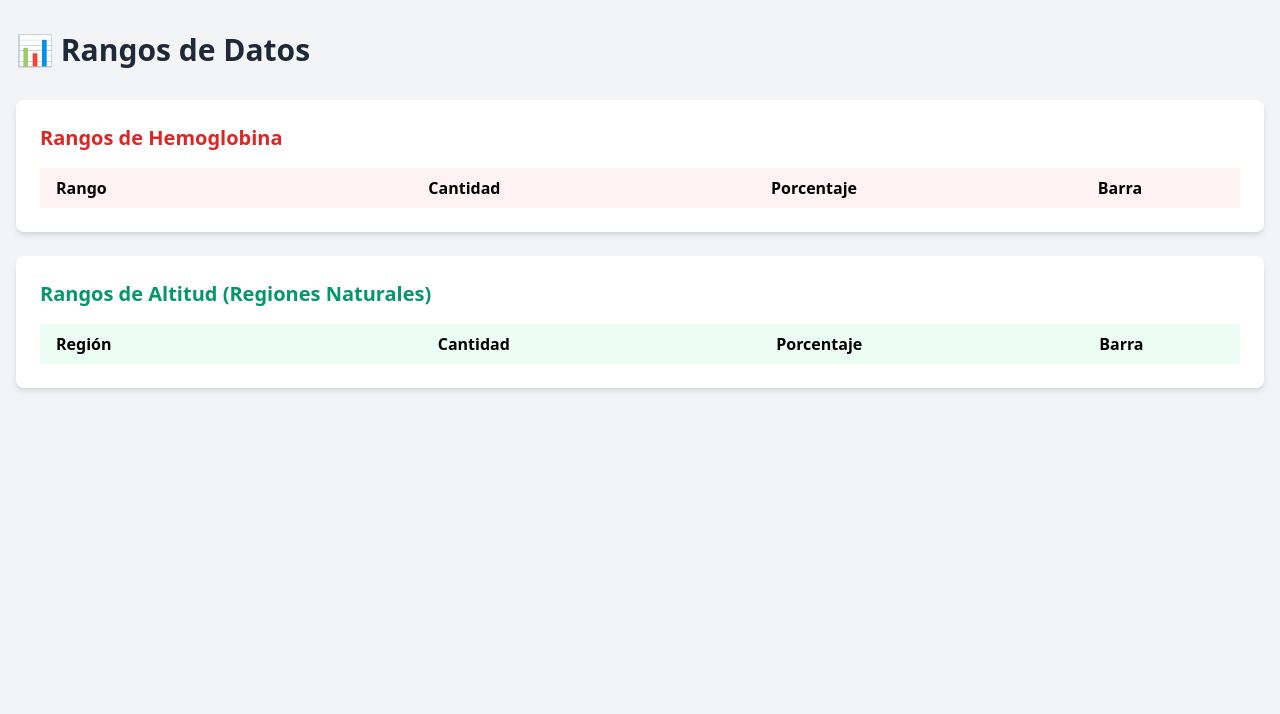
Repository: jayler10/datos_salud_peru
Page: http://localhost/mejorado/views/ranges.php
The author's editor kept a copy of each file at every save. The page is drawn from the files as they stood at one save, then again after the next save.
The browser window is 1280 px wide. The pictures show the whole page.
The page is run by PHP 8.4 with error messages shown; the project is at /var/www/html/. Queries for data that is not in the repository find no rows.

Above is the page before, as saved 2025-05-28 11:46:20.

### mejorado/views/ranges.php
<?php
// ranges.php - Interface para rangos de datos
require_once __DIR__ . '/../controllers/StatsController.php';
require_once __DIR__ . '/../config/database.php';



$statsController = new StatsController($mysqli);
$hemoglobinRanges = $statsController->getHemoglobinRanges();
$altitudeRanges = $statsController->getAltitudeRanges();
?>

<!DOCTYPE html>
<html lang="es">
<head>
    <meta charset="UTF-8">
    <meta name="viewport" content="width=device-width, initial-scale=1.0">
    <title>Rangos de Datos</title>
    <link href="https://cdn.jsdelivr.net/npm/tailwindcss@2.2.19/dist/tailwind.min.css" rel="stylesheet">
</head>
<body class="bg-gray-100">
    <div class="container mx-auto px-4 py-8">
        <h1 class="text-3xl font-bold text-gray-800 mb-8">📊 Rangos de Datos</h1>

        <!-- Rangos de Hemoglobina -->
        <div class="bg-white rounded-lg shadow-md p-6 mb-6">
            <h2 class="text-xl font-semibold mb-4 text-red-600">Rangos de Hemoglobina</h2>
            <div class="overflow-x-auto">
                <table class="min-w-full table-auto">
                    <thead class="bg-red-50">
                        <tr>
                            <th class="px-4 py-2 text-left">Rango</th>
                            <th class="px-4 py-2 text-center">Cantidad</th>
                            <th class="px-4 py-2 text-center">Porcentaje</th>
                            <th class="px-4 py-2 text-center">Barra</th>
                        </tr>
                    </thead>
                    <tbody>
                        <?php while ($row = $hemoglobinRanges->fetch_assoc()): ?>
                        <tr class="border-b hover:bg-gray-50">
                            <td class="px-4 py-2 font-medium"><?= htmlspecialchars($row['rango_hb']) ?></td>
                            <td class="px-4 py-2 text-center"><?= number_format($row['cantidad']) ?></td>
                            <td class="px-4 py-2 text-center">
                                <span class="bg-red-100 text-red-800 px-2 py-1 rounded text-sm">
                                    <?= $row['porcentaje'] ?>%
                                </span>
                            </td>
                            <td class="px-4 py-2">
                                <div class="w-full bg-gray-200 rounded-full h-2">
                                    <div class="bg-red-500 h-2 rounded-full" style="width: <?= $row['porcentaje'] ?>%"></div>
                                </div>
                            </td>
                        </tr>
                        <?php endwhile; ?>
                    </tbody>
                </table>
            </div>
        </div>

        <!-- Rangos de Altitud -->
        <div class="bg-white rounded-lg shadow-md p-6">
            <h2 class="text-xl font-semibold mb-4 text-green-600">Rangos de Altitud (Regiones Naturales)</h2>
            <div class="overflow-x-auto">
                <table class="min-w-full table-auto">
                    <thead class="bg-green-50">
                        <tr>
                            <th class="px-4 py-2 text-left">Región</th>
                            <th class="px-4 py-2 text-center">Cantidad</th>
                            <th class="px-4 py-2 text-center">Porcentaje</th>
                            <th class="px-4 py-2 text-center">Barra</th>
                        </tr>
                    </thead>
                    <tbody>
                        <?php while ($row = $altitudeRanges->fetch_assoc()): ?>
                        <tr class="border-b hover:bg-gray-50">
                            <td class="px-4 py-2 font-medium"><?= htmlspecialchars($row['rango_altura']) ?></td>
                            <td class="px-4 py-2 text-center"><?= number_format($row['cantidad']) ?></td>
                            <td class="px-4 py-2 text-center">
                                <span class="bg-green-100 text-green-800 px-2 py-1 rounded text-sm">
                                    <?= $row['porcentaje'] ?>%
                                </span>
                            </td>
                            <td class="px-4 py-2">
                                <div class="w-full bg-gray-200 rounded-full h-2">
                                    <div class="bg-green-500 h-2 rounded-full" style="width: <?= $row['porcentaje'] ?>%"></div>
                                </div>
                            </td>
                        </tr>
                        <?php endwhile; ?>
                    </tbody>
                </table>
            </div>
        </div>
    </div>
</body>
</html>

### mejorado/controllers/StatsController.php
<?php
// controllers/StatsController.php - Controlador principal para estadísticas

class StatsController {
    private $mysqli;

    public function __construct($mysqli) {
        $this->mysqli = $mysqli;
    }

    /**
     * Obtener total de registros
     */
    public function getTotalRecords() {
        $result = $this->mysqli->query("SELECT COUNT(*) as total FROM datos_salud");
        return $result->fetch_assoc()['total'];
    }

    /**
     * Estadísticas por sexo
     */
    public function getGenderStats() {
        $query = "
            SELECT
                sexo,
                COUNT(*) as cantidad,
                ROUND(COUNT(*) * 100.0 / (SELECT COUNT(*) FROM datos_salud), 2) as porcentaje
            FROM datos_salud
            GROUP BY sexo
            ORDER BY cantidad DESC
        ";
        return $this->mysqli->query($query);
    }

    /**
     * Estadísticas por departamento
     */
    public function getDepartmentStats() {
        $query = "
            SELECT
                departamento,
                COUNT(*) as cantidad,
                ROUND(COUNT(*) * 100.0 / (SELECT COUNT(*) FROM datos_salud), 2) as porcentaje
            FROM datos_salud
            GROUP BY departamento
            ORDER BY cantidad DESC
        ";
        return $this->mysqli->query($query);
    }

    /**
     * Top provincias
     */
    public function getTopProvinces($limit = 10) {
        $query = "
            SELECT
                provincia,
                COUNT(*) as cantidad,
                ROUND(COUNT(*) * 100.0 / (SELECT COUNT(*) FROM datos_salud), 2) as porcentaje
            FROM datos_salud
            GROUP BY provincia
            ORDER BY cantidad DESC
            LIMIT ?
        ";
        $stmt = $this->mysqli->prepare($query);
        $stmt->bind_param('i', $limit);
        $stmt->execute();
        return $stmt->get_result();
    }

    /**
     * Top distritos
     */
    public function getTopDistricts($limit = 15) {
        $query = "
            SELECT
                distrito,
                COUNT(*) as cantidad,
                ROUND(COUNT(*) * 100.0 / (SELECT COUNT(*) FROM datos_salud), 2) as porcentaje
            FROM datos_salud
            WHERE distrito != '' AND distrito IS NOT NULL
            GROUP BY distrito
            ORDER BY cantidad DESC
            LIMIT ?
        ";
        $stmt = $this->mysqli->prepare($query);
        $stmt->bind_param('i', $limit);
        $stmt->execute();
        return $stmt->get_result();
    }

    /**
     * Estadísticas de anemia
     */
    public function getAnemiaStats() {
        $query = "
            SELECT
                dx_anemia,
                COUNT(*) as cantidad,
                ROUND(COUNT(*) * 100.0 / (SELECT COUNT(*) FROM datos_salud), 2) as porcentaje
            FROM datos_salud
            WHERE dx_anemia != '' AND dx_anemia IS NOT NULL
            GROUP BY dx_anemia
            ORDER BY cantidad DESC
        ";
        return $this->mysqli->query($query);
    }

    /**
     * Estadísticas de hemoglobina
     */
    public function getHemoglobinStats() {
        $query = "
            SELECT
                MIN(hemoglobina) as hb_min,
                MAX(hemoglobina) as hb_max,
                AVG(hemoglobina) as hb_promedio,
                VARIANCE(hemoglobina) as hb_varianza,
                STDDEV(hemoglobina) as hb_desviacion_tipica,
                COUNT(hemoglobina) as total_con_hb
            FROM datos_salud
            WHERE hemoglobina IS NOT NULL AND hemoglobina > 0
        ";
        return $this->mysqli->query($query)->fetch_assoc();
    }

    /**
     * Estadísticas de altura
     */
    public function getAltitudeStats() {
        $query = "
            SELECT
                MIN(altura_msnm) as alt_min,
                MAX(altura_msnm) as alt_max,
                AVG(altura_msnm) as alt_promedio,
                VARIANCE(altura_msnm) as alt_varianza,
                STDDEV(altura_msnm) as alt_desviacion_tipica,
                COUNT(altura_msnm) as total_con_altura
            FROM datos_salud
            WHERE altura_msnm IS NOT NULL AND altura_msnm > 0
        ";
        return $this->mysqli->query($query)->fetch_assoc();
    }

    /**
     * Estadísticas de edad
     */
    public function getAgeStats() {
        $query = "
            SELECT
                MIN(TIMESTAMPDIFF(YEAR, fecha_nacimiento, CURDATE())) as edad_min,
                MAX(TIMESTAMPDIFF(YEAR, fecha_nacimiento, CURDATE())) as edad_max,
                AVG(TIMESTAMPDIFF(YEAR, fecha_nacimiento, CURDATE())) as edad_promedio,
                VARIANCE(TIMESTAMPDIFF(YEAR, fecha_nacimiento, CURDATE())) as edad_varianza,
                STDDEV(TIMESTAMPDIFF(YEAR, fecha_nacimiento, CURDATE())) as edad_desviacion_tipica,
                COUNT(*) as total_con_fecha
            FROM datos_salud
            WHERE fecha_nacimiento IS NOT NULL
        ";
        return $this->mysqli->query($query)->fetch_assoc();
    }

    /**
     * Rangos de hemoglobina
     */
    public function getHemoglobinRanges() {
        $query = "
            SELECT
                CASE
                    WHEN hemoglobina < 7 THEN 'Muy Baja (< 7.0)'
                    WHEN hemoglobina >= 7 AND hemoglobina < 10 THEN 'Baja (7.0 - 9.9)'
                    WHEN hemoglobina >= 10 AND hemoglobina < 12 THEN 'Normal Baja (10.0 - 11.9)'
                    WHEN hemoglobina >= 12 AND hemoglobina < 15 THEN 'Normal (12.0 - 14.9)'
                    WHEN hemoglobina >= 15 THEN 'Alta (≥ 15.0)'
                    ELSE 'No Clasificado'
                END as rango_hb,
                COUNT(*) as cantidad,
                ROUND(COUNT(*) * 100.0 / (SELECT COUNT(*) FROM datos_salud WHERE hemoglobina IS NOT NULL), 2) as porcentaje
            FROM datos_salud
            WHERE hemoglobina IS NOT NULL
            GROUP BY rango_hb
            ORDER BY
                CASE
                    WHEN rango_hb = 'Muy Baja (< 7.0)' THEN 1
                    WHEN rango_hb = 'Baja (7.0 - 9.9)' THEN 2
                    WHEN rango_hb = 'Normal Baja (10.0 - 11.9)' THEN 3
                    WHEN rango_hb = 'Normal (12.0 - 14.9)' THEN 4
                    WHEN rango_hb = 'Alta (≥ 15.0)' THEN 5
                    ELSE 6
                END
        ";
        return $this->mysqli->query($query);
    }

    /**
     * Rangos de altitud
     */
    public function getAltitudeRanges() {
        $query = "
            SELECT
                CASE
                    WHEN altura_msnm < 1000 THEN 'Costa (< 1000m)'
                    WHEN altura_msnm >= 1000 AND altura_msnm < 2500 THEN 'Yunga (1000-2499m)'
                    WHEN altura_msnm >= 2500 AND altura_msnm < 3500 THEN 'Quechua (2500-3499m)'
                    WHEN altura_msnm >= 3500 AND altura_msnm < 4000 THEN 'Suni (3500-3999m)'
                    WHEN altura_msnm >= 4000 AND altura_msnm < 4800 THEN 'Puna (4000-4799m)'
                    WHEN altura_msnm >= 4800 THEN 'Janca (≥ 4800m)'
                    ELSE 'No Clasificado'
                END as rango_altura,
                COUNT(*) as cantidad,
                ROUND(COUNT(*) * 100.0 / (SELECT COUNT(*) FROM datos_salud WHERE altura_msnm IS NOT NULL), 2) as porcentaje
            FROM datos_salud
            WHERE altura_msnm IS NOT NULL
            GROUP BY rango_altura
            ORDER BY
                CASE
                    WHEN rango_altura = 'Costa (< 1000m)' THEN 1
                    WHEN rango_altura = 'Yunga (1000-2499m)' THEN 2
                    WHEN rango_altura = 'Quechua (2500-3499m)' THEN 3
                    WHEN rango_altura = 'Suni (3500-3999m)' THEN 4
                    WHEN rango_altura = 'Puna (4000-4799m)' THEN 5
                    WHEN rango_altura = 'Janca (≥ 4800m)' THEN 6
                    ELSE 7
                END
        ";
        return $this->mysqli->query($query);
    }

    /**
     * Top establecimientos
     */
    public function getTopEstablishments($limit = 10) {
        $query = "
            SELECT
                establecimiento,
                COUNT(*) as cantidad,
                ROUND(COUNT(*) * 100.0 / (SELECT COUNT(*) FROM datos_salud), 2) as porcentaje
            FROM datos_salud
            WHERE establecimiento != '' AND establecimiento IS NOT NULL
            GROUP BY establecimiento
            ORDER BY cantidad DESC
            LIMIT ?
        ";
        $stmt = $this->mysqli->prepare($query);
        $stmt->bind_param('i', $limit);
        $stmt->execute();
        return $stmt->get_result();
    }

     /**
     * Distribución por grupos etarios
     */
    public function getAgeGroups() {
        $query = "
            SELECT
                CASE
                    WHEN TIMESTAMPDIFF(YEAR, fecha_nacimiento, CURDATE()) < 1 THEN '0-1 años'
                    WHEN TIMESTAMPDIFF(YEAR, fecha_nacimiento, CURDATE()) BETWEEN 1 AND 5 THEN '1-5 años'
                    WHEN TIMESTAMPDIFF(YEAR, fecha_nacimiento, CURDATE()) BETWEEN 6 AND 12 THEN '6-12 años'
                    WHEN TIMESTAMPDIFF(YEAR, fecha_nacimiento, CURDATE()) BETWEEN 13 AND 17 THEN '13-17 años'
                    WHEN TIMESTAMPDIFF(YEAR, fecha_nacimiento, CURDATE()) BETWEEN 18 AND 30 THEN '18-30 años'
                    WHEN TIMESTAMPDIFF(YEAR, fecha_nacimiento, CURDATE()) BETWEEN 31 AND 50 THEN '31-50 años'
                    WHEN TIMESTAMPDIFF(YEAR, fecha_nacimiento, CURDATE()) BETWEEN 51 AND 65 THEN '51-65 años'
                    ELSE '65+ años'
                END as grupo_edad,
                COUNT(*) as cantidad,
                ROUND(COUNT() * 100.0 / (SELECT COUNT() FROM datos_salud WHERE fecha_nacimiento IS NOT NULL), 2) as porcentaje,
                ROUND(AVG(hemoglobina), 2) as hemoglobina_promedio
            FROM datos_salud
            WHERE fecha_nacimiento IS NOT NULL
            GROUP BY grupo_edad
            ORDER BY MIN(TIMESTAMPDIFF(YEAR, fecha_nacimiento, CURDATE()))
        ";
        return $this->mysqli->query($query);
    }

    /**
     * Análisis detallado por sexo
     */
    public function getDetailedGenderAnalysis() {
        $query = "
            SELECT
                sexo,
                COUNT(*) as total_casos,
                ROUND(COUNT() * 100.0 / (SELECT COUNT() FROM datos_salud), 2) as porcentaje_total,
                ROUND(AVG(hemoglobina), 2) as hemoglobina_promedio,
                MIN(hemoglobina) as hemoglobina_minima,
                MAX(hemoglobina) as hemoglobina_maxima,
                COUNT(CASE WHEN dx_anemia IS NOT NULL AND dx_anemia != '' THEN 1 END) as casos_anemia,
                ROUND(COUNT(CASE WHEN dx_anemia IS NOT NULL AND dx_anemia != '' THEN 1 END) * 100.0 / COUNT(*), 2) as porcentaje_anemia
            FROM datos_salud
            GROUP BY sexo
        ";
        return $this->mysqli->query($query);
    }

    /**
     * Distribución por rangos de edad específicos
     */
    public function getSpecificAgeRanges() {
        $query = "
            SELECT
                CASE
                    WHEN TIMESTAMPDIFF(MONTH, fecha_nacimiento, CURDATE()) < 6 THEN '0-6 meses'
                    WHEN TIMESTAMPDIFF(MONTH, fecha_nacimiento, CURDATE()) BETWEEN 6 AND 11 THEN '6-11 meses'
                    WHEN TIMESTAMPDIFF(YEAR, fecha_nacimiento, CURDATE()) BETWEEN 1 AND 2 THEN '1-2 años'
                    WHEN TIMESTAMPDIFF(YEAR, fecha_nacimiento, CURDATE()) BETWEEN 3 AND 5 THEN '3-5 años'
                    WHEN TIMESTAMPDIFF(YEAR, fecha_nacimiento, CURDATE()) BETWEEN 6 AND 11 THEN '6-11 años'
                    WHEN TIMESTAMPDIFF(YEAR, fecha_nacimiento, CURDATE()) BETWEEN 12 AND 17 THEN '12-17 años'
                    WHEN TIMESTAMPDIFF(YEAR, fecha_nacimiento, CURDATE()) BETWEEN 18 AND 29 THEN '18-29 años'
                    WHEN TIMESTAMPDIFF(YEAR, fecha_nacimiento, CURDATE()) BETWEEN 30 AND 59 THEN '30-59 años'
                    ELSE '60+ años'
                END as rango_edad,
                sexo,
                COUNT(*) as cantidad,
                ROUND(AVG(hemoglobina), 2) as hemoglobina_promedio
            FROM datos_salud
            WHERE fecha_nacimiento IS NOT NULL
            GROUP BY rango_edad, sexo
            ORDER BY MIN(TIMESTAMPDIFF(MONTH, fecha_nacimiento, CURDATE())), sexo
        ";
        return $this->mysqli->query($query);
    }

    /**
     * Análisis de natalidad por año
     */
    public function getBirthYearAnalysis() {
        $query = "
            SELECT
                YEAR(fecha_nacimiento) as año_nacimiento,
                COUNT(*) as nacimientos,
                ROUND(AVG(hemoglobina), 2) as hemoglobina_promedio,
                COUNT(CASE WHEN sexo = 'M' THEN 1 END) as masculino,
                COUNT(CASE WHEN sexo = 'F' THEN 1 END) as femenino
            FROM datos_salud
            WHERE fecha_nacimiento IS NOT NULL
            GROUP BY YEAR(fecha_nacimiento)
            ORDER BY año_nacimiento DESC
            LIMIT 20
        ";
        return $this->mysqli->query($query);
    }

    /**
     * Patrones demográficos por mes de nacimiento
     */
    public function getBirthMonthPatterns() {
        $query = "
            SELECT
                MONTH(fecha_nacimiento) as mes,
                MONTHNAME(fecha_nacimiento) as nombre_mes,
                COUNT(*) as nacimientos,
                ROUND(AVG(hemoglobina), 2) as hemoglobina_promedio,
                COUNT(CASE WHEN dx_anemia IS NOT NULL AND dx_anemia != '' THEN 1 END) as casos_anemia
            FROM datos_salud
            WHERE fecha_nacimiento IS NOT NULL
            GROUP BY MONTH(fecha_nacimiento), MONTHNAME(fecha_nacimiento)
            ORDER BY mes
        ";
        return $this->mysqli->query($query);
    }

    /**
     * Estadísticas de edad actual
     */
    public function getCurrentAgeStats() {
        $query = "
            SELECT
                ROUND(AVG(TIMESTAMPDIFF(YEAR, fecha_nacimiento, CURDATE())), 2) as edad_promedio,
                MIN(TIMESTAMPDIFF(YEAR, fecha_nacimiento, CURDATE())) as edad_minima,
                MAX(TIMESTAMPDIFF(YEAR, fecha_nacimiento, CURDATE())) as edad_maxima,
                COUNT(CASE WHEN TIMESTAMPDIFF(YEAR, fecha_nacimiento, CURDATE()) < 18 THEN 1 END) as menores_edad,
                COUNT(CASE WHEN TIMESTAMPDIFF(YEAR, fecha_nacimiento, CURDATE()) >= 18 THEN 1 END) as mayores_edad
            FROM datos_salud
            WHERE fecha_nacimiento IS NOT NULL
        ";
        return $this->mysqli->query($query)->fetch_assoc();
    }



public function getAnemiaByGender() {
    $query = "
        SELECT
            sexo,
            dx_anemia,
            COUNT(*) AS cantidad,
            ROUND((COUNT(*) / SUM(COUNT(*)) OVER(PARTITION BY sexo)) * 100, 2) AS porcentaje_por_sexo,
            ROUND((COUNT(*) / SUM(COUNT(*)) OVER()) * 100, 2) AS porcentaje_total
        FROM datos_salud
        WHERE dx_anemia IS NOT NULL AND sexo IS NOT NULL
        GROUP BY sexo, dx_anemia
        ORDER BY sexo, FIELD(dx_anemia, 'Sin Anemia', 'Leve', 'Moderada', 'Severa', 'Grave', 'Otro', 'Desconocido', 'No evaluado'), dx_anemia
    ";

    return $this->mysqli->query($query);
}

public function getAnemiaByAltitudeRange() {
    $query = "
        SELECT
            CASE
                WHEN altura_msnm < 500 THEN '< 500 msnm'
                WHEN altura_msnm BETWEEN 500 AND 1499 THEN '500 - 1499 msnm'
                WHEN altura_msnm BETWEEN 1500 AND 2499 THEN '1500 - 2499 msnm'
                WHEN altura_msnm BETWEEN 2500 AND 3499 THEN '2500 - 3499 msnm'
                WHEN altura_msnm >= 3500 THEN '≥ 3500 msnm'
                ELSE 'Sin dato'
            END AS rango_altitud,
            dx_anemia,
            COUNT(*) AS cantidad
        FROM datos_salud
        WHERE dx_anemia IS NOT NULL
        GROUP BY rango_altitud, dx_anemia
        ORDER BY FIELD(rango_altitud, '< 500 msnm', '500 - 1499 msnm', '1500 - 2499 msnm', '2500 - 3499 msnm', '≥ 3500 msnm', 'Sin dato'),
                 FIELD(dx_anemia, 'Sin Anemia', 'Leve', 'Moderada', 'Severa', 'Grave', 'Otro', 'Desconocido', 'No evaluado')
    ";
    return $this->mysqli->query($query);
}








    /**
     * Obtener resumen general para dashboard
     */
    public function getDashboardSummary() {
        $summary = [];

        // Total de registros
        $summary['total_records'] = $this->getTotalRecords();

        // Distribución por sexo
        $genderResult = $this->getGenderStats();
        $summary['gender'] = [];
        while($row = $genderResult->fetch_assoc()) {
            $summary['gender'][] = $row;
        }

        // Estadísticas de hemoglobina
        $summary['hemoglobin'] = $this->getHemoglobinStats();

        // Estadísticas de anemia (solo las principales)
        $anemiaResult = $this->getAnemiaStats();
        $summary['anemia'] = [];
        $count = 0;
        while($row = $anemiaResult->fetch_assoc() && $count < 5) {
            $summary['anemia'][] = $row;
            $count++;
        }

        return $summary;
    }
}
?>

### mejorado/config/database.php
<?php
// config/database.php - Configuración de la base de datos

// Mostrar errores (solo en desarrollo)
ini_set('display_errors', 1);
error_reporting(E_ALL);

// Configuración de la base de datos
$db_config = [
    'host' => 'localhost',
    'username' => 'root',
    'password' => '',
    'database' => 'salud_puno',
    'charset' => 'utf8mb4'
];

try {
    // Crear conexión mysqli y asignar a $mysqli
    $mysqli = new mysqli(
        $db_config['host'],
        $db_config['username'],
        $db_config['password'],
        $db_config['database']
    );

    // Configurar charset
    $mysqli->set_charset($db_config['charset']);

    // Verificar conexión
    if ($mysqli->connect_error) {
        throw new Exception('Error de conexión: ' . $mysqli->connect_error);
    }

} catch (Exception $e) {
    die('Error al conectar con la base de datos: ' . $e->getMessage());
}

// Función para cerrar la conexión
function closeDatabase() {
    global $mysqli;
    if ($mysqli) {
        $mysqli->close();
    }
}

// Registrar función de cierre
register_shutdown_function('closeDatabase');

After the next save:
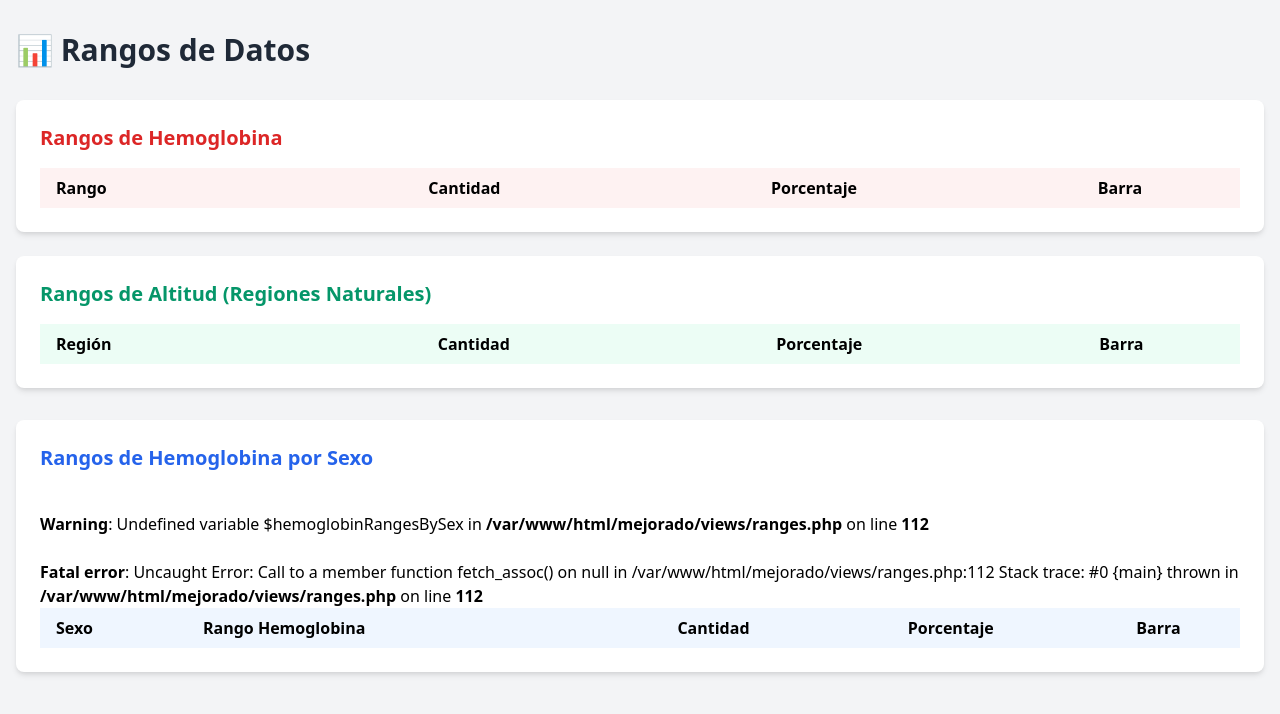
Saved 22 s later.
--- a/mejorado/views/ranges.php
+++ b/mejorado/views/ranges.php
@@ -91,6 +91,55 @@ $altitudeRanges = $statsController->getAltitudeRanges();
                 </table>
             </div>
         </div>
+
+
+
+        <!-- Rangos de Hemoglobina por Sexo -->
+<div class="bg-white rounded-lg shadow-md p-6 mt-8">
+    <h2 class="text-xl font-semibold mb-4 text-blue-600">Rangos de Hemoglobina por Sexo</h2>
+    <div class="overflow-x-auto">
+        <table class="min-w-full table-auto">
+            <thead class="bg-blue-50">
+                <tr>
+                    <th class="px-4 py-2 text-left">Sexo</th>
+                    <th class="px-4 py-2 text-left">Rango Hemoglobina</th>
+                    <th class="px-4 py-2 text-center">Cantidad</th>
+                    <th class="px-4 py-2 text-center">Porcentaje</th>
+                    <th class="px-4 py-2 text-center">Barra</th>
+                </tr>
+            </thead>
+            <tbody>
+                <?php while ($row = $hemoglobinRangesBySex->fetch_assoc()): ?>
+                <tr class="border-b hover:bg-gray-50">
+                    <td class="px-4 py-2 font-medium"><?= htmlspecialchars(ucfirst($row['sexo'])) ?></td>
+                    <td class="px-4 py-2"><?= htmlspecialchars($row['rango_hb']) ?></td>
+                    <td class="px-4 py-2 text-center"><?= number_format($row['cantidad']) ?></td>
+                    <td class="px-4 py-2 text-center">
+                        <span class="bg-blue-100 text-blue-800 px-2 py-1 rounded text-sm">
+                            <?= $row['porcentaje'] ?>%
+                        </span>
+                    </td>
+                    <td class="px-4 py-2">
+                        <div class="w-full bg-gray-200 rounded-full h-2">
+                            <div class="bg-blue-500 h-2 rounded-full" style="width: <?= $row['porcentaje'] ?>%"></div>
+                        </div>
+                    </td>
+                </tr>
+                <?php endwhile; ?>
+            </tbody>
+        </table>
+    </div>
+</div>
+
+
+
+
+
+
+
+
+
+
     </div>
 </body>
 </html>
